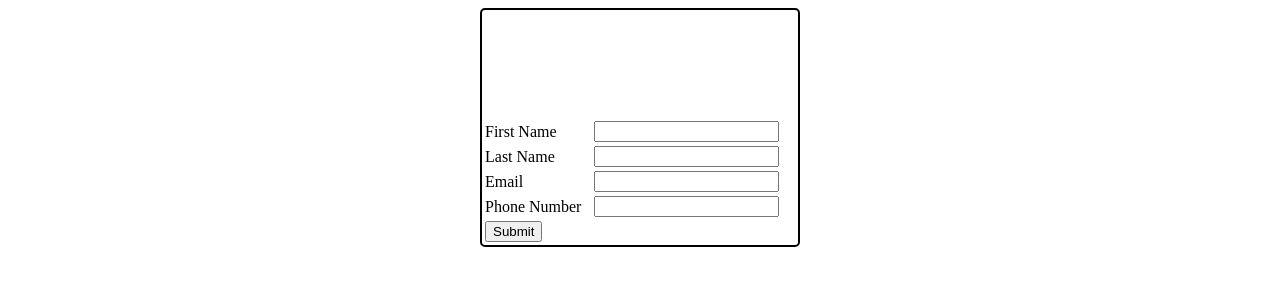
Repository: Jeevith-U/Advance-Java
Page: http://localhost/JSPTags/login1.jsp
These files come from the project's save history. The page is drawn as it stood at one moment and after the next save; the edit follows.
The browser window is 1280 px wide. The pictures show the whole page.
The page is served by Tomcat 9.

Above is the page before, as saved 2023-08-19 04:13:40.

After the next save:
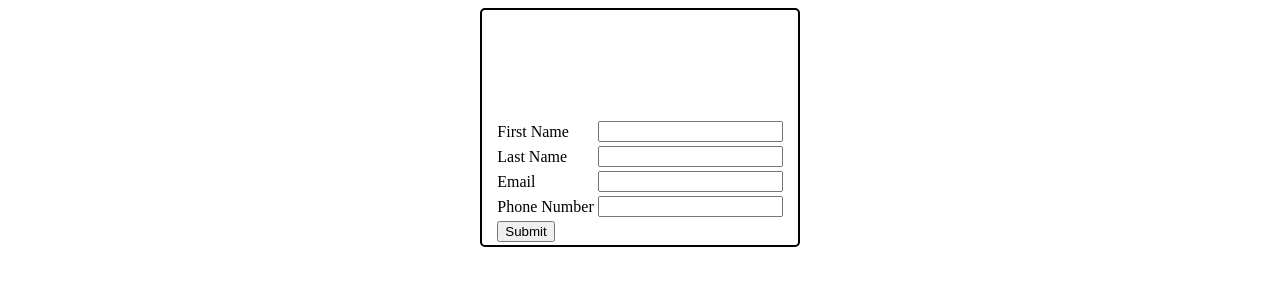
Saved 16 s later.
--- a/JSPTags/src/main/webapp/login1.jsp
+++ b/JSPTags/src/main/webapp/login1.jsp
@@ -11,7 +11,7 @@ width: 25%;
 margin: auto;
 display: flex;
 flex-direction: column;
-
+align-items: center;
 }
 </style>
 <meta charset="ISO-8859-1">
